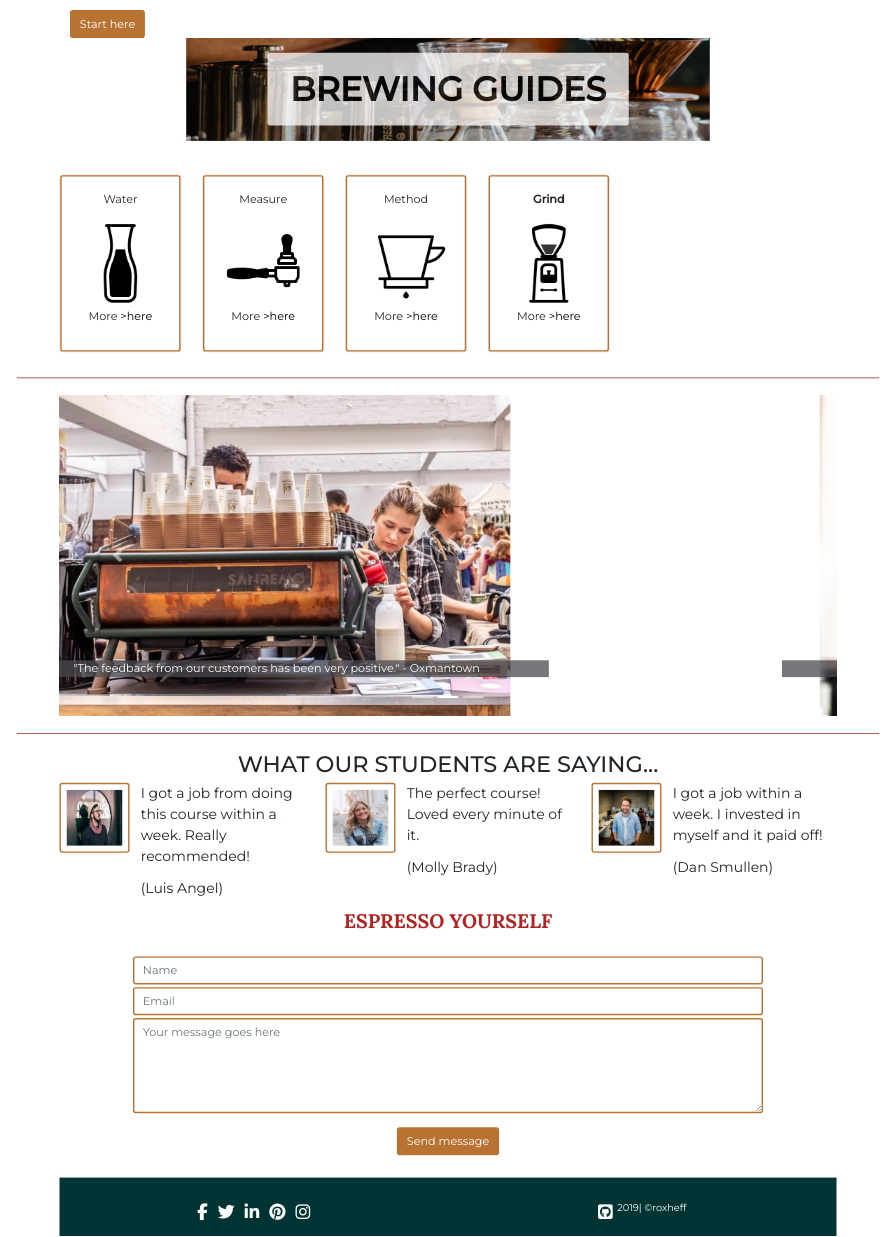
Repository: roxanahefferon/M1
Page: index.html
The author's editor kept a record of every edit. The page is drawn from the files as they stood at one moment, then again after the next edit.
The browser window is 1280 px wide. The pictures show the part of the page from y = 1665 to 3585 px (the page is 3432 px tall before and 3616 px after), at 70% of full size.
Some web libraries are served in a nearby version.

Above is the page before.

After the next edit:
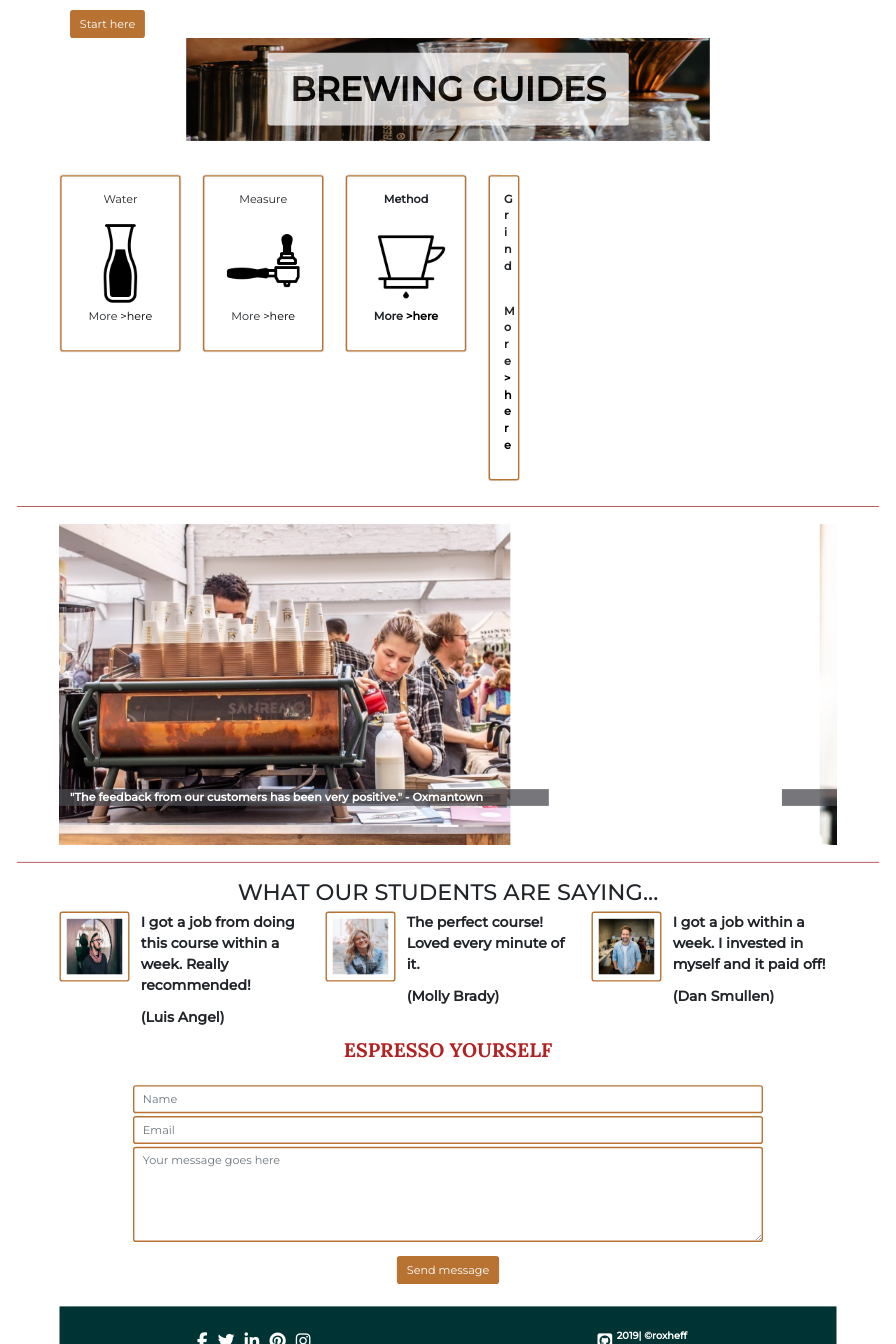
The edit:
--- a/index.html
+++ b/index.html
@@ -187,7 +187,7 @@
         <div class="col-6 col-md-3">
           <div class="card">
             <div class="card-body text-center brew-cards">
-              <p>Method</p>
+              <p><strong>Method</p>
               <img src="./assets/images/method.png" alt="paper filter icon" class="card-img">
               <p>More<a href="brewing.html"> >here</a>
             </div>
